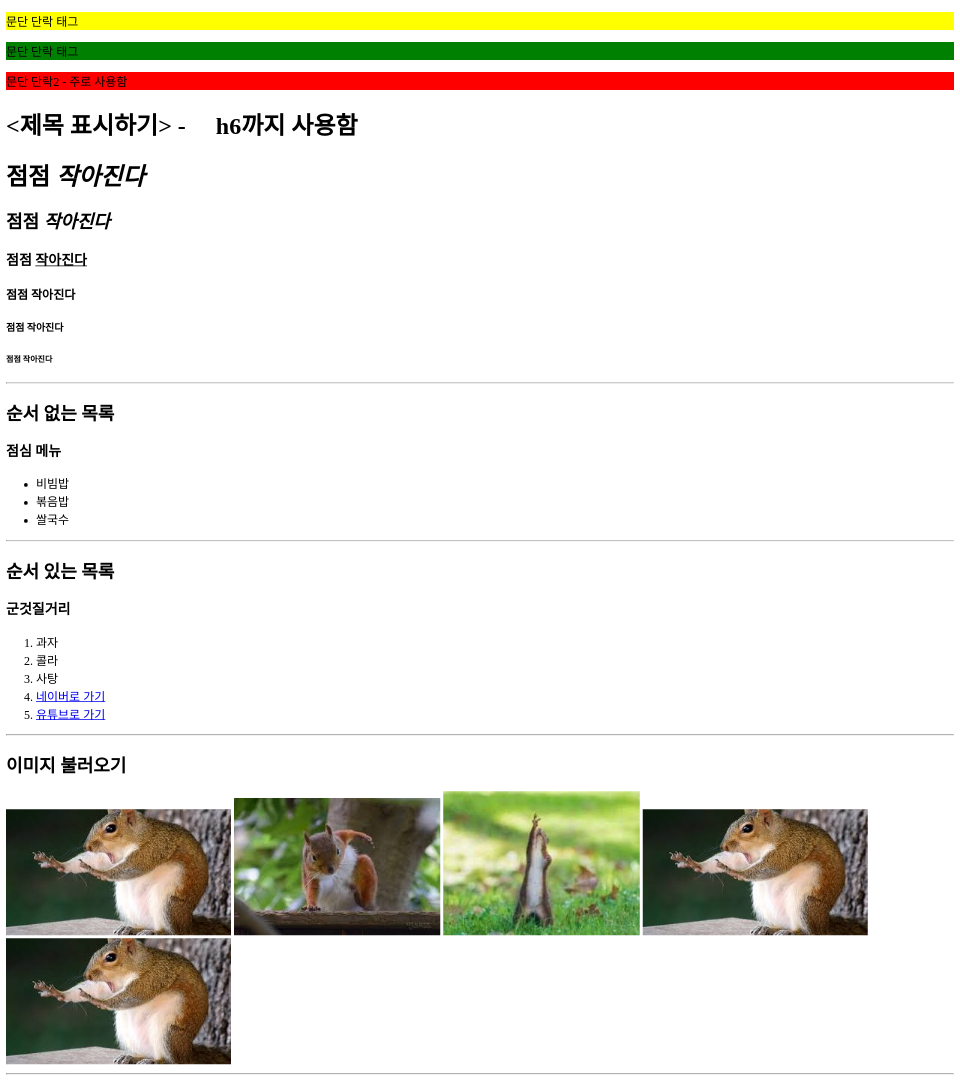
Repository: hsaar/jsworkplace
Page: http://localhost/testjsp/html/test01.jsp
The author's editor kept a copy of each file at every save. The page is drawn from the files as they stood at one save, then again after the next save.
The browser window is 1280 px wide. The pictures show the whole page, at 75% of full size.
The page is served by Tomcat 9.

Above is the page before, as saved 2025-08-19 06:22:46.

### testjsp/src/main/webapp/html/test01.jsp
<%@ page language="java" contentType="text/html; charset=UTF-8"
    pageEncoding="UTF-8"%>
<!DOCTYPE html>
<html>
<head>
<meta charset="UTF-8">
<title>NAVAR</title>
</head>
<body>
	<p style="background:yellow">문단 단락 태그</p>
	<p style="background:green">문단 단락 태그</p>
	<div style="background:red">문단 단락2 - 주로 사용함</div>
	<div>
		<h1>&lt;제목 표시하기&gt; - &nbsp;&nbsp;&nbsp;&nbsp;h6까지 사용함</h1>
	</div>
	<div>
		<h1>점점 <i>작아진다</i></h1>
		<h2>점점 <em>작아진다</em></h2>
		<h3>점점 <ins>작아진다</ins></h3>
		<h4>점점 작아진다</h4>
		<h5>점점 작아진다</h5>
		<h6>점점 작아진다</h6>
	</div><hr>
	<div>
		<h2>순서 없는 목록</h2>
		<h3>점심 메뉴</h3>
		<ul>
			<li>비빔밥</li>
			<li>볶음밥</li>
			<li>쌀국수</li>
		</ul>
		<hr>
		<h2>순서 있는 목록</h2>
		<h3>군것질거리</h3>
		<ol>
			<li>과자</li>
			<li>콜라</li>
			<li>사탕</li>
			<li><a href="http://naver.com" target="_blank">네이버로 가기</a></li>
			<li><a href="http://youtube.com" target="_blank">유튜브로 가기</a></li>
		</ol>
	</div><hr>
	<!--  1) ./images/ - 현재폴더에서 image폴더로 이동
		  2) ../images/ - 상위폴더에서 image폴더로 이동
		  3) /images/ - 절대경로 root(http://localhost:8080/)에서 image폴더로 이동
	-->
	<div>
		<h2>이미지 불러오기</h2>
		<img src = "../image/ramjii.jpg">
		<img src = "../image/ramjiii.jpg">
		<img src = "../image/ramjiiii.jpg">
		<img src = "/testjsp/image/ramjii.jpg">
		<img src = "./image/ramjii.jpg"> <!-- 실행 X -->

	</div><hr>

</body>
</html>

After the next save:
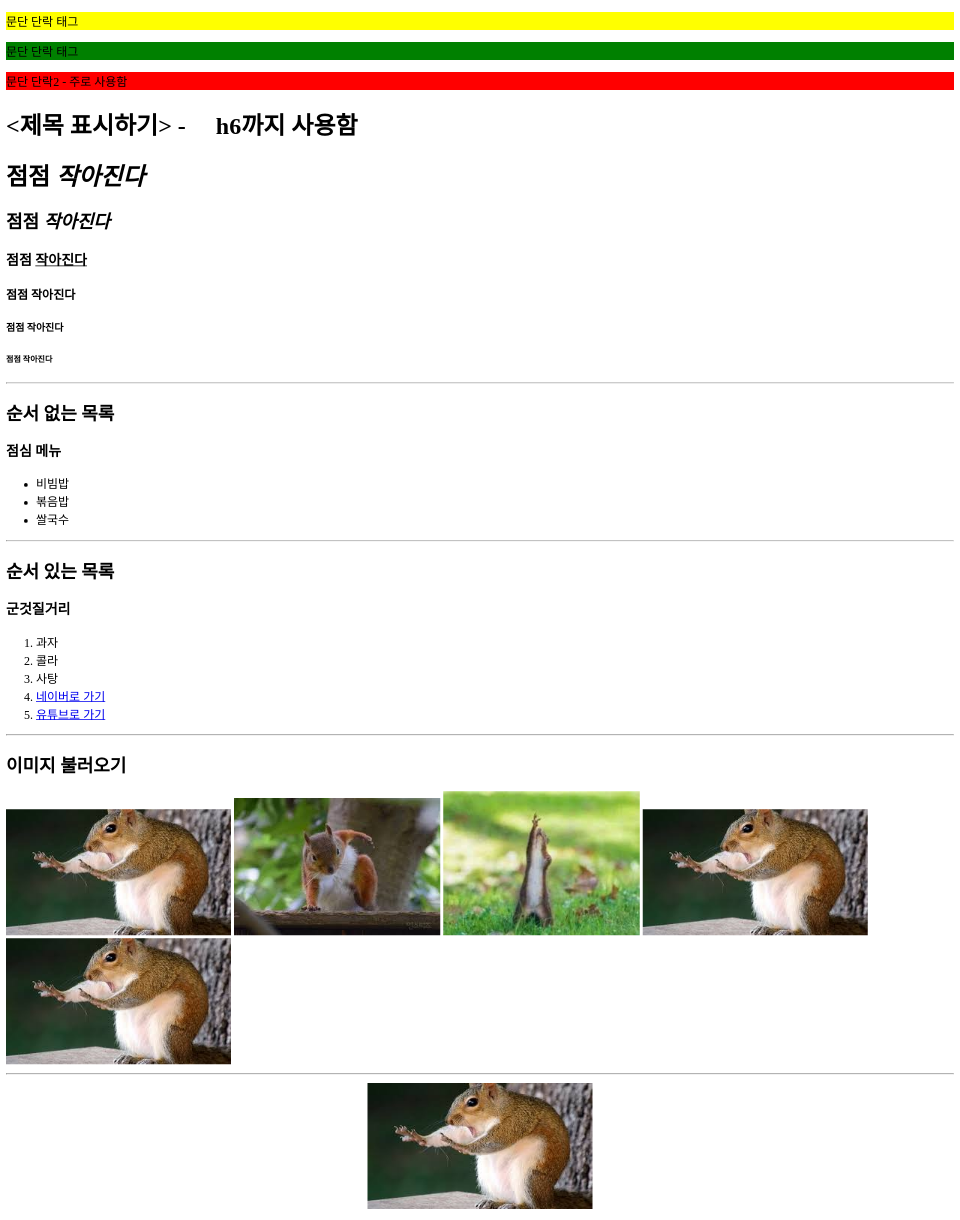
Saved 8 min 44 s later.
--- a/testjsp/src/main/webapp/html/test01.jsp
+++ b/testjsp/src/main/webapp/html/test01.jsp
@@ -53,6 +53,13 @@
 		<img src = "./image/ramjii.jpg"> <!-- 실행 X -->
 
 	</div><hr>
+	<table align="center">
+		<tr>
+			<td align = "center">
+				<img src = "../image/ramjii.jpg" alt="람쥐썬더">
+			</td>
+		</tr>
+	</table>
 
 </body>
 </html>
